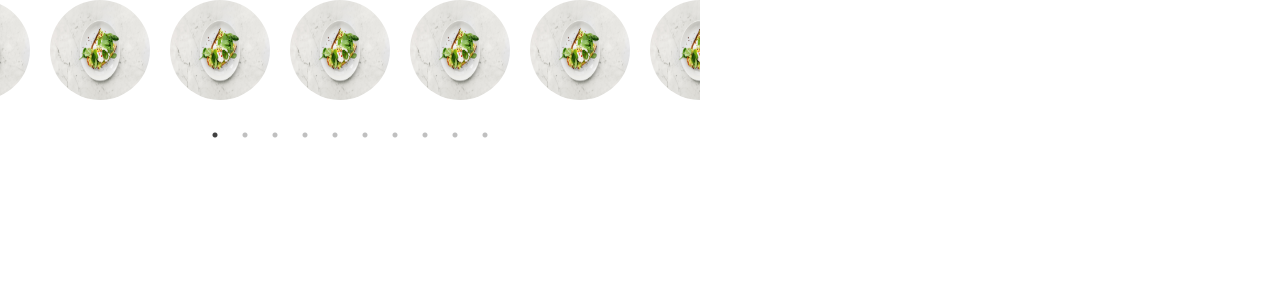
Repository: nambui98/slider
Page: /
The author's editor kept a copy of each file at every save. The page is drawn from the files as they stood at one save, then again after the next save.
The browser window is 1280 px wide. The pictures show the whole page.
The project was rebuilt for these pictures with package versions that can differ from the ones it lists, and the page was loaded fresh each time. Also part of the build but not shown: vite.config.ts.

Above is the page before, as saved 2022-04-12 09:34:14.

### src/App.tsx
import { useState } from 'react'
import Horizolsider from './components/horizolslider/Horizolsider'
import logo from './logo.svg'
import './App.css'
import "slick-carousel/slick/slick.css";
import "slick-carousel/slick/slick-theme.css";
function App() {
  const [count, setCount] = useState(0)

  return (
    <div className="App">
      <Horizolsider />
    </div>
  )
}

export default App

### src/components/horizolslider/Horizolsider.tsx
import React, { useEffect, useRef, useState } from 'react'
import styled from 'styled-components'
import Slider from "react-slick";
import image1 from '../../assets/images/pexels-daria-shevtsova-1095550.jpg'

type Props = {}

const Wrapper = styled.div`
    width: 700px;
    /* margin: auto; */
    /* overflow-x: scroll; */
    .overlay{
        display: flex;
        align-items: center;
    height: 500px;

        /* width: 100%; */
        /* height: 500px; */

    }
`
const Item = styled.div`
    /* position: relative;
    margin: 0 15px; */
    .info{
        visibility: hidden;
    }
    img{
        width: 100px;
        height: 100px;
        border-radius: 50%;
        transition: all .3s;
    }
    &.active{
        img{
            width: 150px;
            height: 150px;
        }
        .info{
            visibility: visible;
        }
    }
`
const Horizolsider = (props: Props) => {
    const [activeIndex, setActiveIndex] = useState(2);
    const overlayRef = useRef<any>();
    const settings = {
        dots: true,
        infinite: true,
        speed: 500,
        slidesToShow: 5,
        slidesToScroll: 1,
        centerMode: true
    };
    // useEffect(() => {
    //     console.log(overlayRef.current.style.transform);

    // }, [])

    return (
        <Wrapper>

            <Slider {...settings}>

                {
                    [...Array(10).keys()].map((i, index) => <div>
                        <Item className={`${index}`} onClick={() => setActiveIndex(index)}>
                            <img src={image1} alt="" />
                            <div className="info">info {i}</div>
                        </Item>
                    </div>)
                }
            </Slider>
        </Wrapper>
    )
}
export default Horizolsider

Loaded but not shown: index.html (common file); src/main.tsx (common file); src/index.css (common file); src/App.css (common file)

After the next save:
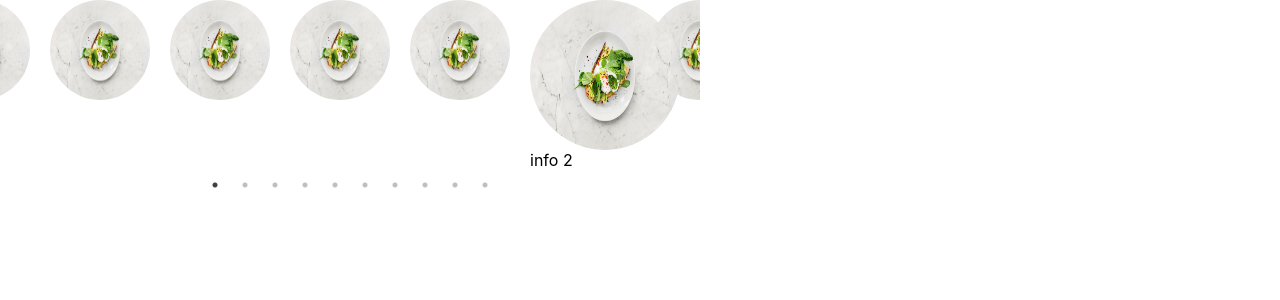
Saved 24 s later.
--- a/src/components/horizolslider/Horizolsider.tsx
+++ b/src/components/horizolslider/Horizolsider.tsx
@@ -64,7 +64,7 @@ const Horizolsider = (props: Props) => {
 
                 {
                     [...Array(10).keys()].map((i, index) => <div>
-                        <Item className={`${index}`} onClick={() => setActiveIndex(index)}>
+                        <Item className={`${index === activeIndex && "active"}`} onClick={() => setActiveIndex(index)}>
                             <img src={image1} alt="" />
                             <div className="info">info {i}</div>
                         </Item>
